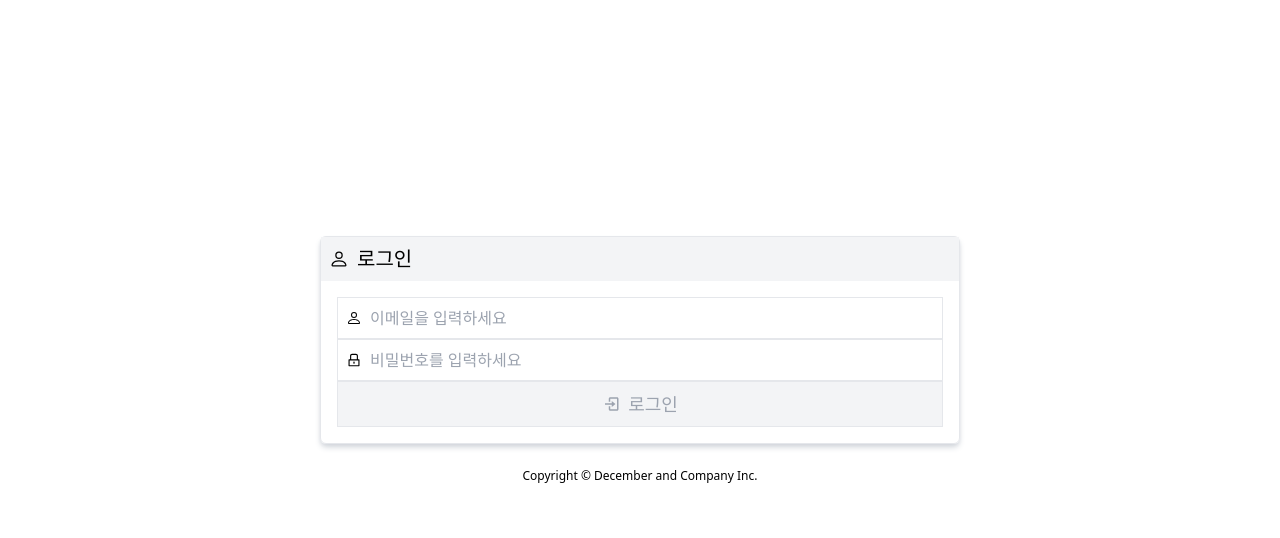
Repository: wanted-pre-onboarding-4/pre-onboarding-assignment-week-4-1-team-4
Page: /login (app in client/)
The author's editor kept a copy of each file at every save. The page is drawn from the files as they stood at one save, then again after the next save.
The browser window is 1280 px wide. The pictures show the whole page.
The project was rebuilt for these pictures with package versions that can differ from the ones it lists, and the page was loaded fresh each time. Also part of the build but not shown: client/src/components/Footer.jsx, client/src/components/Header.jsx, client/src/components/Sider.jsx, client/src/components/Layout.jsx.

Above is the page before, as saved 2022-09-20 21:22:42.

After the next save:
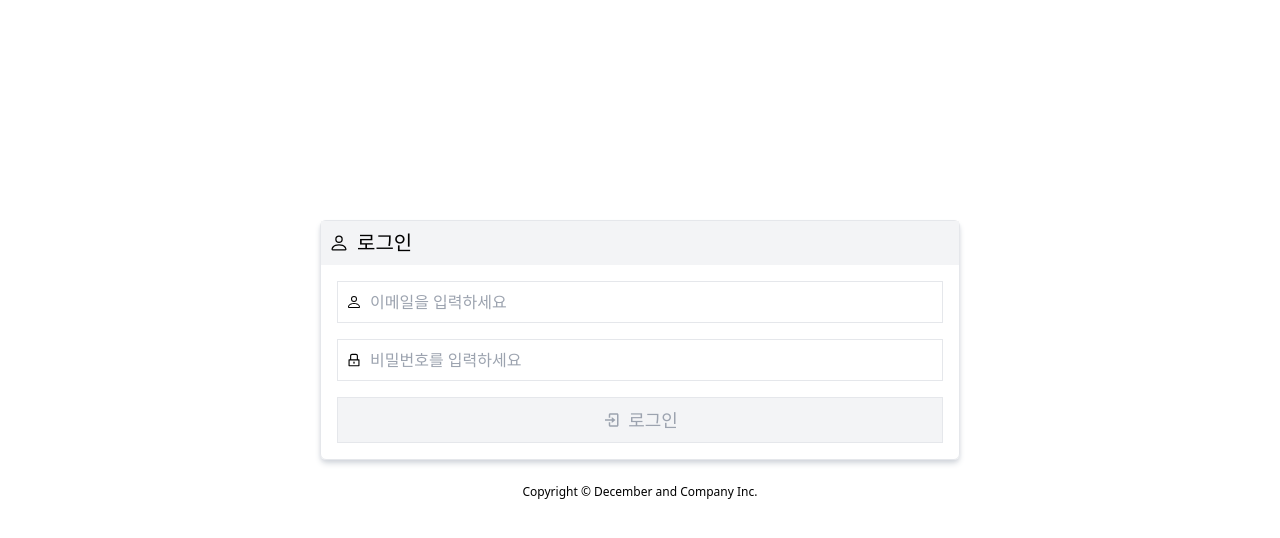
Saved 9 s later.
--- a/client/src/pages/login/Login.jsx
+++ b/client/src/pages/login/Login.jsx
@@ -11,7 +11,7 @@ const Login = () => {
           <BsPerson />
           <h1>로그인</h1>
         </div>
-        <form className='flex flex-col p-4'>
+        <form className='flex flex-col gap-y-4 p-4'>
           <label className="flex items-center space-x-2 border-solid border-[1px] p-2">
             <BsPerson />
             <input type="email" placeholder="이메일을 입력하세요" className='outline-none' />
